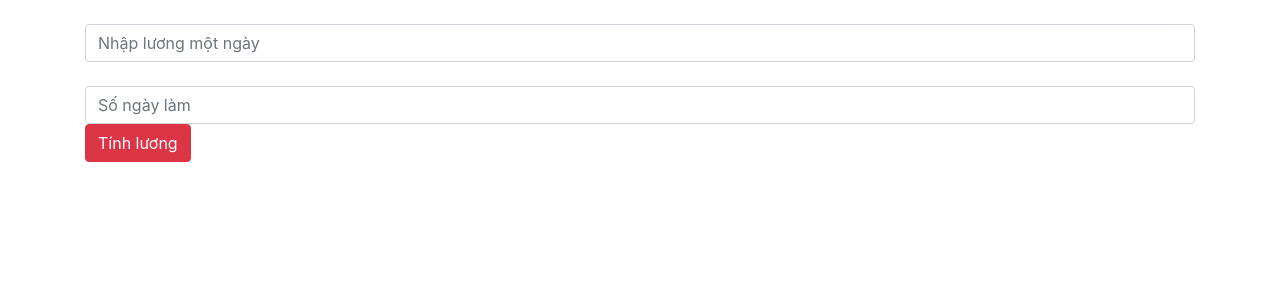
Repository: thanhfrankie/BC10-LeMinhThanh-Js-b2-3
Page: index.html
The author's editor kept a copy of each file at every save. The page is drawn from the files as they stood at one save, then again after a run of saves.
The browser window is 1280 px wide. The pictures show the whole page.

Above is the page before, as saved 2023-12-15 14:57:58.

### index.html
<!doctype html>
<html lang="en">
  <head>
    <title>Title</title>
    <!-- Required meta tags -->
    <meta charset="utf-8">
    <meta name="viewport" content="width=device-width, initial-scale=1, shrink-to-fit=no">

    <!-- Bootstrap CSS -->
    <link rel="stylesheet" href="https://stackpath.bootstrapcdn.com/bootstrap/4.3.1/css/bootstrap.min.css" integrity="sha384-ggOyR0iXCbMQv3Xipma34MD+dH/1fQ784/j6cY/iJTQUOhcWr7x9JvoRxT2MZw1T" crossorigin="anonymous">
  </head>
  <body>
    <!-- Bài tập 1 -->
    <div class="container">
      <!-- <div class="form-group"> -->
        <label for="luong-mot-ngay"></label>
        <input type="number"
          class="form-control" name="" id="luong-mot-ngay" aria-describedby="helpId" placeholder="Nhập lương một ngày">
        <label for="so-ngay-lam"></label>
        <input type="number"
          class="form-control" name="" id="so-ngay-lam" aria-describedby="helpId" placeholder="Số ngày làm">
          <button type="button" onclick="tinhLuong()" class="btn btn-danger">Tính lương</button>
      <!-- </div> -->
      <h2 id="luong-nhan-duoc" >  </h2>
    </div>







    <!-- Optional JavaScript -->
    <!-- jQuery first, then Popper.js, then Bootstrap JS -->
    <script src="https://code.jquery.com/jquery-3.3.1.slim.min.js" integrity="sha384-q8i/X+965DzO0rT7abK41JStQIAqVgRVzpbzo5smXKp4YfRvH+8abtTE1Pi6jizo" crossorigin="anonymous"></script>
    <script src="https://cdnjs.cloudflare.com/ajax/libs/popper.js/1.14.7/umd/popper.min.js" integrity="sha384-UO2eT0CpHqdSJQ6hJty5KVphtPhzWj9WO1clHTMGa3JDZwrnQq4sF86dIHNDz0W1" crossorigin="anonymous"></script>
    <script src="https://stackpath.bootstrapcdn.com/bootstrap/4.3.1/js/bootstrap.min.js" integrity="sha384-JjSmVgyd0p3pXB1rRibZUAYoIIy6OrQ6VrjIEaFf/nJGzIxFDsf4x0xIM+B07jRM" crossorigin="anonymous"></script>
    <script src="./index.js"></script>

  </body>
</html>

### index.js
// Bài tập 1
/**
 * B1: tạo biến, lấy giá trị từ input
 * B2: Tính lương
 * + tạo function để tính ra lương: lương 1 ngày * số ngày làm
 * + gán sự kiện click cho button
 * B3: hiển thị kết quả
 */
// B1:
let luongMotNgay = document.getElementById("luong-mot-ngay")
console.log(luongMotNgay.value)
console.log("🥶 - luongMotNgay:", luongMotNgay)
let soNgayLam = document.getElementById("so-ngay-lam").value
console.log("🥶 - soNgayLam:", soNgayLam)

// B2:

function tinhLuong() {
    let luongNhanDuoc = document.getElementById("luong-nhan-duoc")
    luongNhanDuoc.innerText = luongMotNgay * soNgayLam
}

After the next 2 saves:
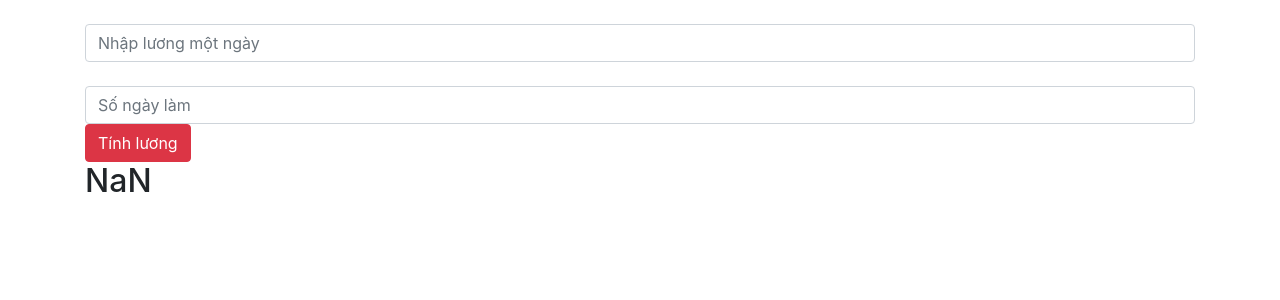
The 2 saves are shown as one change because they came seconds apart.
The last was saved 28 s later.
--- a/index.js
+++ b/index.js
@@ -15,7 +15,7 @@
 
 // B2:
 
+let luongNhanDuoc = document.getElementById("luong-nhan-duoc")
+luongNhanDuoc.innerText = luongMotNgay * soNgayLam
 function tinhLuong() {
-    let luongNhanDuoc = document.getElementById("luong-nhan-duoc")
-    luongNhanDuoc.innerText = luongMotNgay * soNgayLam
 }
